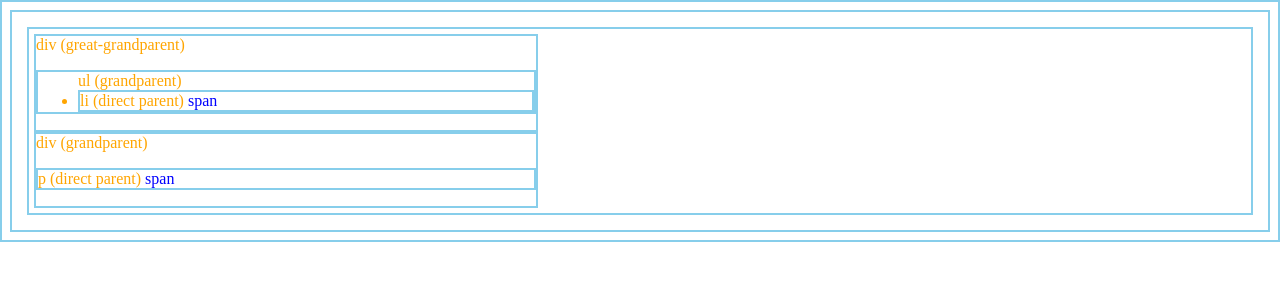
Repository: tjdwlsl/jspstudy
Page: http://localhost/JQuery_Ajax/jquery/ex15_DOM.jsp
These files come from the project's save history. The page is drawn as it stood at one moment and after the next save; the edit follows.
The browser window is 1280 px wide. The pictures show the whole page.
The page is served by Tomcat 9. Other server files are loaded and not shown.

Above is the page before, as saved 2023-07-19 08:54:02.

### JQuery_Ajax/src/main/webapp/jquery/ex15_DOM.jsp
<%@ page language="java" contentType="text/html; charset=UTF-8"
    pageEncoding="UTF-8"%>
<!DOCTYPE html>
<html>
<head>
<meta charset="UTF-8">
<title>HTML 탐색</title>
<style type="text/css">
	.ancestors{
		display: block;
		border: 2px solid black;
		color: red;
		padding: 5px;
		margin: 15px;
	}
</style>
<%-- jQuery 라이브러리 CDN --%>
<script src="https://ajax.googleapis.com/ajax/libs/jquery/3.7.0/jquery.min.js"></script>
<script type="text/javascript">
//문서 객체 모델(DON, Document Object Model)은 XML이라 HTML 문서에 접근하기 위한 일종의 인터페이스
//부모,자식,자손,형제
//parent() 메서드는 선택한 요소의 직접적인 상위 요소를 반환함
//parents() 메서드는 루트요소까지 선택한 요소의 모든 상위 요소를 뜻함

$(document).ready(function(){
	$("span").css("color", "blue");
	$("span").parent().css({"color": "skyblue", "border":"2px solid skyblue"});
	$("span").parents().css({"color": "orange", "border":"2px solid skyblue"});
});
</script>

</head>
<body>
	<div class="ancestors">
  <div style="width:500px;">div (great-grandparent)
    <ul>ul (grandparent)
      <li>li (direct parent)
        <span>span</span>
      </li>
    </ul>
  </div>

  <div style="width:500px;">div (grandparent)
    <p>p (direct parent)
      <span>span</span>
    </p>
  </div>
</div>
</body>
</html>

After the next save:
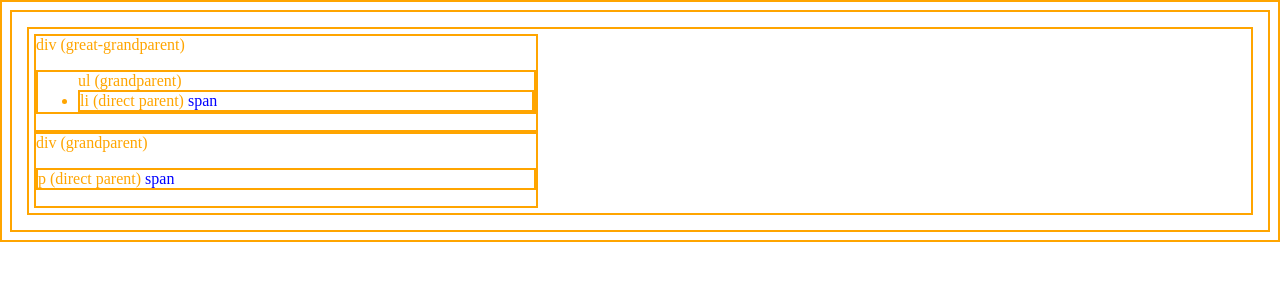
Saved 5 s later.
--- a/JQuery_Ajax/src/main/webapp/jquery/ex15_DOM.jsp
+++ b/JQuery_Ajax/src/main/webapp/jquery/ex15_DOM.jsp
@@ -25,7 +25,7 @@
 $(document).ready(function(){
 	$("span").css("color", "blue");
 	$("span").parent().css({"color": "skyblue", "border":"2px solid skyblue"});
-	$("span").parents().css({"color": "orange", "border":"2px solid skyblue"});
+	$("span").parents().css({"color": "orange", "border":"2px solid orange"});
 });
 </script>
 
